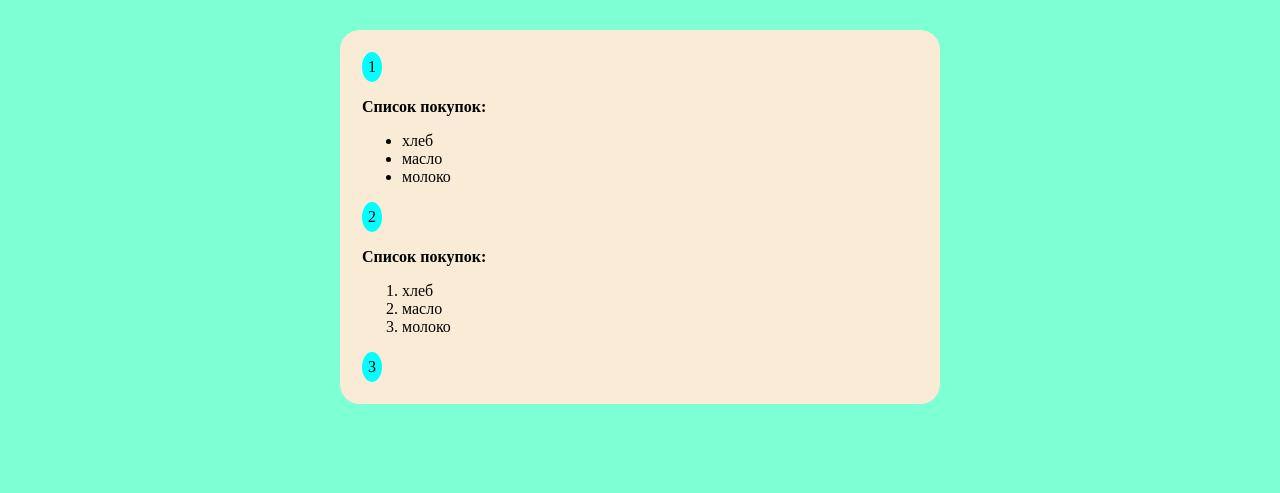
Repository: Savich01/-
Page: html/index.html
These files come from the project's save history. The page is drawn as it stood at one moment and after the next save; the edit follows.
The browser window is 1280 px wide. The pictures show the whole page.

Above is the page before, as saved 2024-05-31 14:31:15.

### html/index.html
<!DOCTYPE html>
<html lang="en">
<head>
    <meta charset="UTF-8">
    <meta name="viewport" content="width=device-width, initial-scale=1.0">
    <title>Document</title>
    <link rel="stylesheet" href="/css/style.css">
</head>
<body>

    <header class="header">

    </header>
    <main class="main">
        <div class="container">
            <section class="section-1">
                <div class="block">1</div>
                <p class="text">
                    <b>Список покупок:</b>
                </p>
                <ul class="list">
                    <li>хлеб</li>
                    <li>масло</li>
                    <li>молоко</li>
                </ul>
                <div class="block">2</div>
                <p class="text">
                    <b>Список покупок:</b>
                </p>
                <ol class="list">
                    <li>хлеб</li>
                    <li>масло</li>
                    <li>молоко</li>
                </ol>
                <div class="block">3</div>
            </section>
        </div>
    </main>
    <footer class="footer">

    </footer>

</body>
</html>

### css/style.css
body{
    max-width: 600px;
    height: 100%;
    margin: 0 auto;
    background-color: aquamarine;
    padding: 0px 10px;
}

.container{
    background-color: antiquewhite;
    padding: 2px;
    margin-top: 30px;
    border-radius: 20px;
}
/* ==========SECTION-1========================== */
.section-1{
    padding: 20px;
}

.block{
    background-color:aqua;
    display: inline-block;
    padding: 6px;
    border-radius: 100%;
}

After the next save:
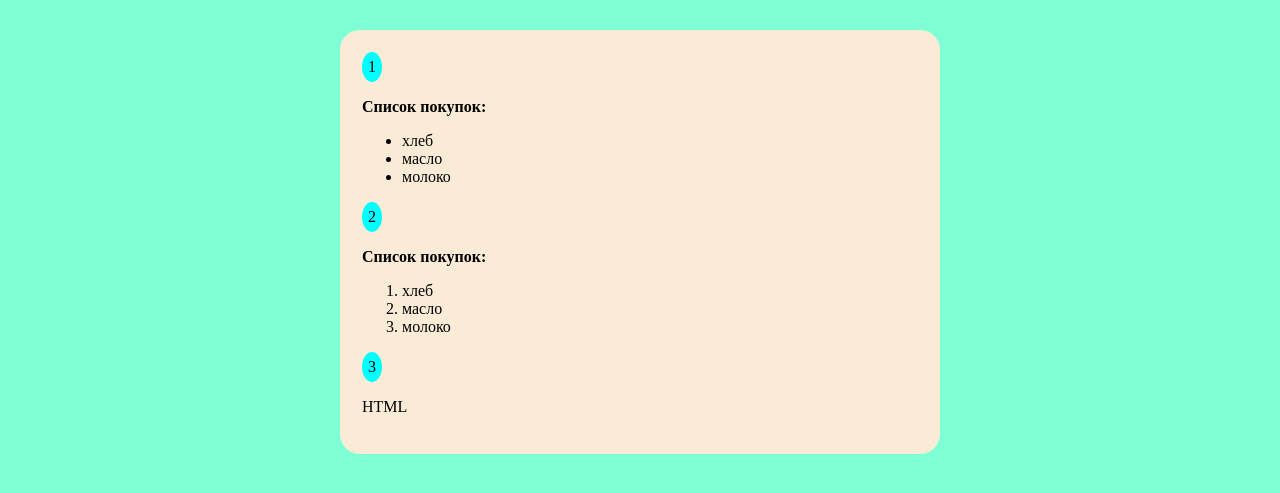
Saved 2 min 3 s later.
--- a/html/index.html
+++ b/html/index.html
@@ -33,6 +33,9 @@
                     <li>молоко</li>
                 </ol>
                 <div class="block">3</div>
+                <p class="text">
+                    HTML
+                </p>
             </section>
         </div>
     </main>
